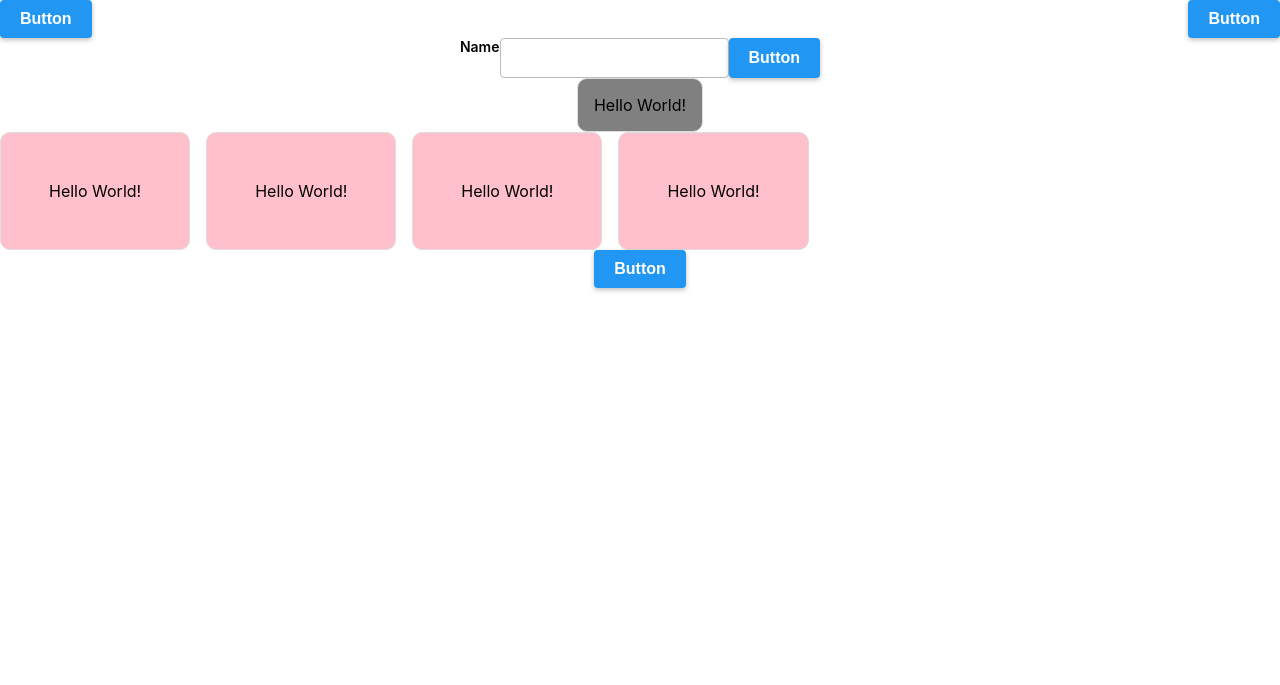
Repository: roistyx/react
Page: /layouts (app in layouts-app/)
An editor plug-in stored every save of this project. The page is shown before and after the next save, followed by the edit.
The browser window is 1280 px wide. The pictures show the whole page.
The project was rebuilt for these pictures with package versions that can differ from the ones it lists, and the page was loaded fresh each time.

Above is the page before, as saved 2023-04-27 14:10:27.

### layouts-app/src/App.js
import React from 'react';
import { Between, SpaceEvenly, Center } from './layouts/Line';
import { Btn } from './elements/Btn';
import { Rows } from './layouts/Line';
import SearchField from './elements/TextField';
import { AlignCenter } from './layouts/Line';
import { Box } from './layouts/Box';

export default function App() {
	return (
		<div>
			<Between>
				<Btn>Button</Btn>
				<Btn>Button</Btn>
			</Between>
			<Rows>
				<AlignCenter>
					<SearchField />
				</AlignCenter>
			</Rows>
			<Center>
				<Box bgColor="grey" borderRadius="10px" gap="1rem">
					<span>Hello World!</span>
				</Box>
			</Center>
			<SpaceEvenly>
				<Box bgColor="pink" borderRadius="10px" gap="3rem">
					<span>Hello World!</span>
				</Box>
				<Box bgColor="pink" borderRadius="10px" gap="3rem">
					<span>Hello World!</span>
				</Box>
				<Box bgColor="pink" borderRadius="10px" gap="3rem">
					<span>Hello World!</span>
				</Box>
				<Box bgColor="pink" borderRadius="10px" gap="3rem">
					<span>Hello World!</span>
				</Box>
			</SpaceEvenly>
			<Center>
				<Btn>Button</Btn>
			</Center>
		</div>
	);
}

### layouts-app/src/layouts/Line.js
import './Line.css';

export const Line = ({ children, addClass }) => {
	return <div className={`Line ${addClass || ''}`}>{children}</div>;
};

export const Between = (props) => {
	return <Line {...props} addClass="between" />;
};

export const Center = (props) => {
	return <Line {...props} addClass="center" />;
};

export const SpaceEvenly = (props) => {
	return <Line {...props} addClass="space-around" />;
};

export const Rows = (props) => {
	return <Line {...props} addClass="rows" />;
};

export const AlignStart = ({ children }) => {
	return <div className="AlignStart">{children}</div>;
};

export const AlignCenter = ({ children }) => {
	return <div className="AlignCenter">{children}</div>;
};

### layouts-app/src/elements/Btn.js
import { Button } from '@mui/material';
import './Btn.css';
export const Btn = ({ children }) => {
	return (
		<button className="Btn">
			<span>{children}</span>{' '}
		</button>
		// <Button variant="contained" color="primary">
		// 	{' '}
		// 	<span>{children}</span>{' '}
		// </Button>
	);
};

### layouts-app/src/elements/TextField.js
import '../elements/TextField.css';
import React from 'react';
import { Btn } from '../elements/Btn.js';
import { TextField } from '@mui/material';

const SearchField = () => {
	return (
		<div>
			<form class="text-field">
				<label for="name">Name</label>
				<input type="text" id="name" name="name" />
				<Btn>Button</Btn>
			</form>
		</div>
	);
};

export default SearchField;

### layouts-app/src/layouts/Box.js
import './Box.css';

export const Box = ({ bgColor, borderRadius, gap, children }) => {
	const style = {
		...(bgColor ? { '--background': bgColor } : {}),
		...(borderRadius ? { '--border-radius': borderRadius } : {}),
		...(gap ? { '--gap': gap } : {}),
	};

	return (
		<div className="Box" style={style}>
			{children}
		</div>
	);
};

### layouts-app/src/layouts/Line.css
.Line {
	display: flex;
	gap: var(--gap);
	height: 100%;
	align-items: center;
}

.Line.between {
	justify-content: space-between;
}

.Line.center {
	justify-content: center;
}

Line.space-evenly {
	justify-content: space-evenly;
}

.Line.rows {
	flex-direction: column;
	align-items: stretch;
}

.AlignStart {
	align-self: flex-start;
}

.AlignCenter {
	align-self: center;
}

### layouts-app/src/elements/Btn.css
.Btn {
	display: inline-block;
	padding: 10px 20px;
	font-size: 16px;
	font-weight: 600;
	text-align: center;
	text-decoration: none;
	background-color: #2196f3;
	color: #fff;
	border-radius: 4px;
	border: none;
	cursor: pointer;
	box-shadow: 0px 2px 5px rgba(0, 0, 0, 0.25);
	transition: background-color 0.3s ease;
}
.Btn:hover {
	background-color: #0d6ec3;
}

### layouts-app/src/elements/TextField.css
.text-field {
	display: flex;
	flex-direction: row;
}

.text-field label {
	font-size: 14px;
	font-weight: 600;
	margin-bottom: 5px;
}

.text-field input {
	padding: 10px;
	font-size: 16px;
	border-radius: 4px;
	border: 1px solid #bdbdbd;
	transition: border-color 0.3s ease;
}
.text-field input:focus {
	outline: none;
	border-color: #2196f3;
}

### layouts-app/src/layouts/Box.css
:root {
	--background: green;
	--border: #ddd;
	--gap: 1rem;
	--border-radius: 0.25rem;
}

.Box {
	background-color: var(--background);
	border: 1px solid var(--border);
	padding: var(--gap);
	border-radius: var(--border-radius);
}

Loaded but not shown: layouts-app/public/index.html (common file); layouts-app/src/index.js (common file); layouts-app/src/index.css (common file); layouts-app/src/reportWebVitals.js (common file)

After the next save:
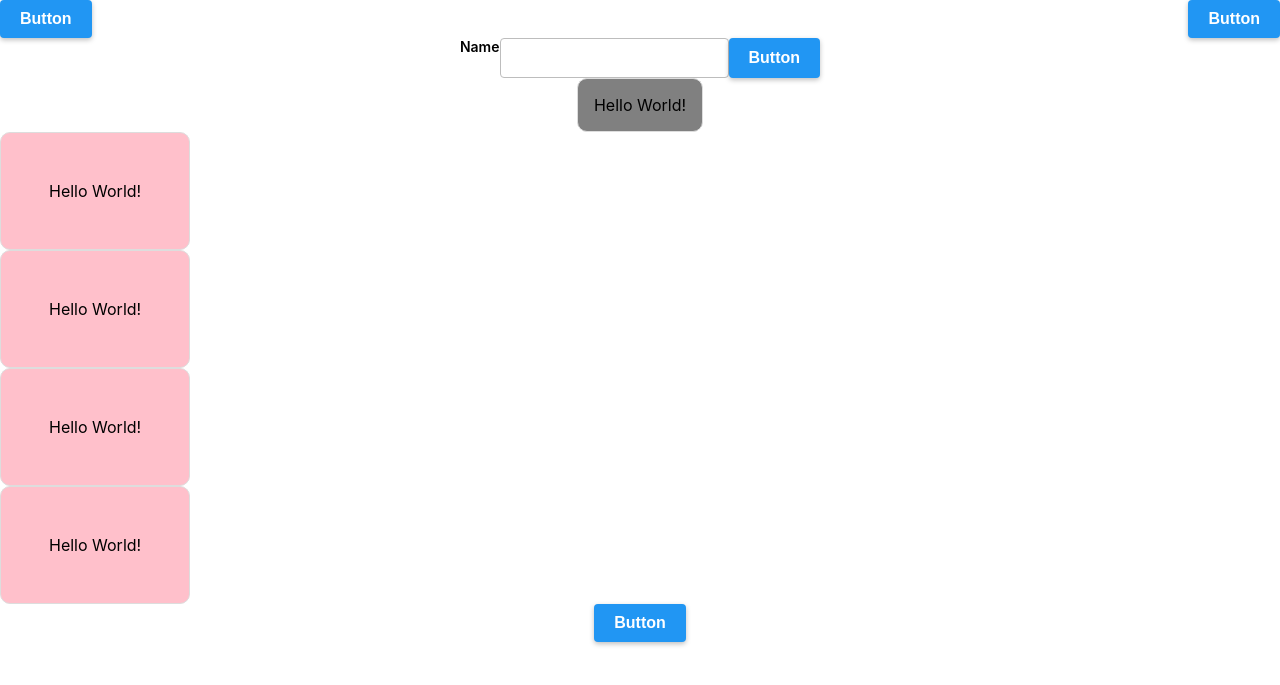
Saved 57 s later.
--- a/layouts-app/src/App.js
+++ b/layouts-app/src/App.js
@@ -24,18 +24,20 @@
 				</Box>
 			</Center>
 			<SpaceEvenly>
-				<Box bgColor="pink" borderRadius="10px" gap="3rem">
-					<span>Hello World!</span>
-				</Box>
-				<Box bgColor="pink" borderRadius="10px" gap="3rem">
-					<span>Hello World!</span>
-				</Box>
-				<Box bgColor="pink" borderRadius="10px" gap="3rem">
-					<span>Hello World!</span>
-				</Box>
-				<Box bgColor="pink" borderRadius="10px" gap="3rem">
-					<span>Hello World!</span>
-				</Box>
+				<AlignCenter>
+					<Box bgColor="pink" borderRadius="10px" gap="3rem">
+						<span>Hello World!</span>
+					</Box>
+					<Box bgColor="pink" borderRadius="10px" gap="3rem">
+						<span>Hello World!</span>
+					</Box>
+					<Box bgColor="pink" borderRadius="10px" gap="3rem">
+						<span>Hello World!</span>
+					</Box>
+					<Box bgColor="pink" borderRadius="10px" gap="3rem">
+						<span>Hello World!</span>
+					</Box>
+				</AlignCenter>
 			</SpaceEvenly>
 			<Center>
 				<Btn>Button</Btn>

After the save that followed:
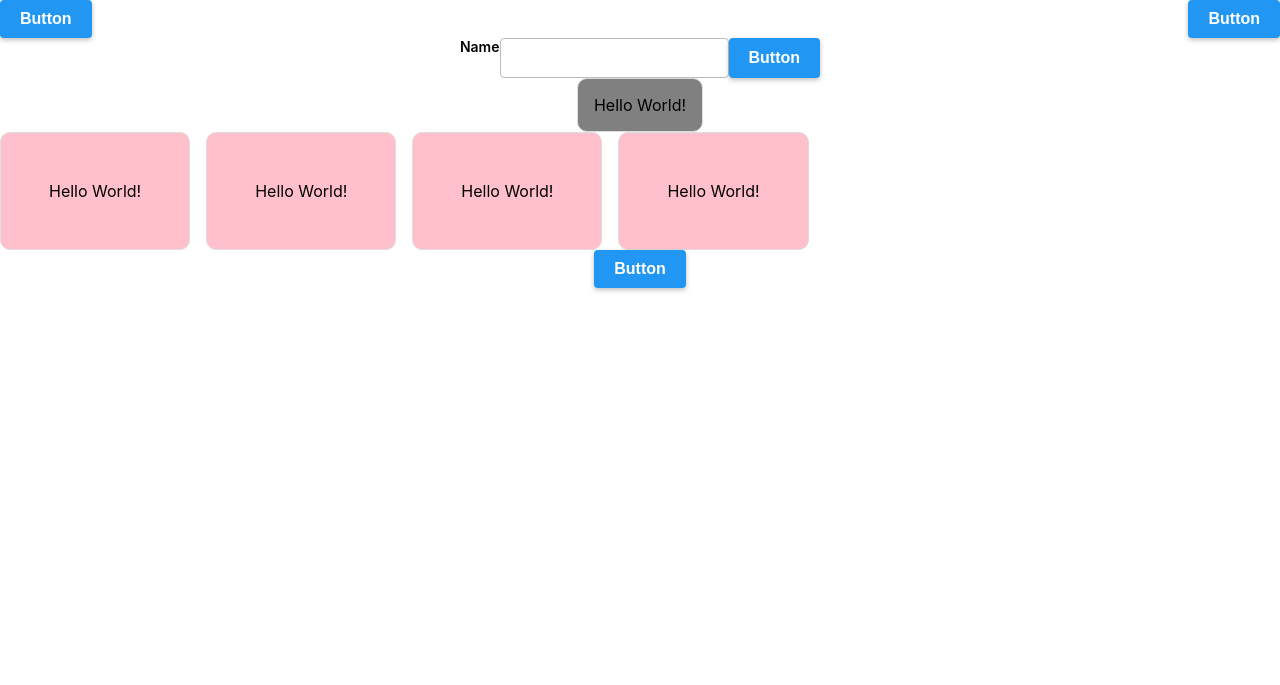
Saved 24 s later.
--- a/layouts-app/src/App.js
+++ b/layouts-app/src/App.js
@@ -24,20 +24,18 @@
 				</Box>
 			</Center>
 			<SpaceEvenly>
-				<AlignCenter>
-					<Box bgColor="pink" borderRadius="10px" gap="3rem">
-						<span>Hello World!</span>
-					</Box>
-					<Box bgColor="pink" borderRadius="10px" gap="3rem">
-						<span>Hello World!</span>
-					</Box>
-					<Box bgColor="pink" borderRadius="10px" gap="3rem">
-						<span>Hello World!</span>
-					</Box>
-					<Box bgColor="pink" borderRadius="10px" gap="3rem">
-						<span>Hello World!</span>
-					</Box>
-				</AlignCenter>
+				<Box bgColor="pink" borderRadius="10px" gap="3rem">
+					<span>Hello World!</span>
+				</Box>
+				<Box bgColor="pink" borderRadius="10px" gap="3rem">
+					<span>Hello World!</span>
+				</Box>
+				<Box bgColor="pink" borderRadius="10px" gap="3rem">
+					<span>Hello World!</span>
+				</Box>
+				<Box bgColor="pink" borderRadius="10px" gap="3rem">
+					<span>Hello World!</span>
+				</Box>
 			</SpaceEvenly>
 			<Center>
 				<Btn>Button</Btn>
